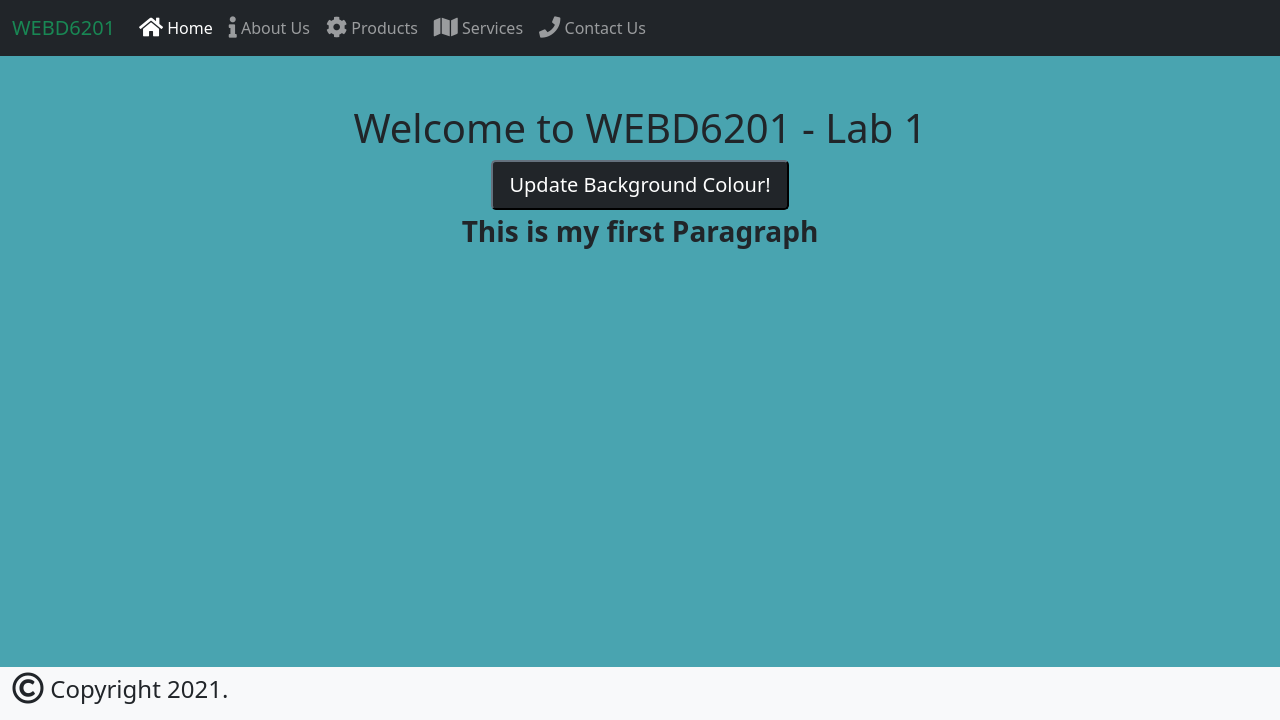
Repository: alto4/Lab-2-Nick-Scott-WEBD6201
Page: index.html
An editor plug-in stored every save of this project. The page is shown before and after a run of saves, followed by the edit.
The browser window is 1280 px wide. The pictures show the whole page.

Above is the page before, as saved 2021-01-31 13:55:43.

After the next 2 saves:
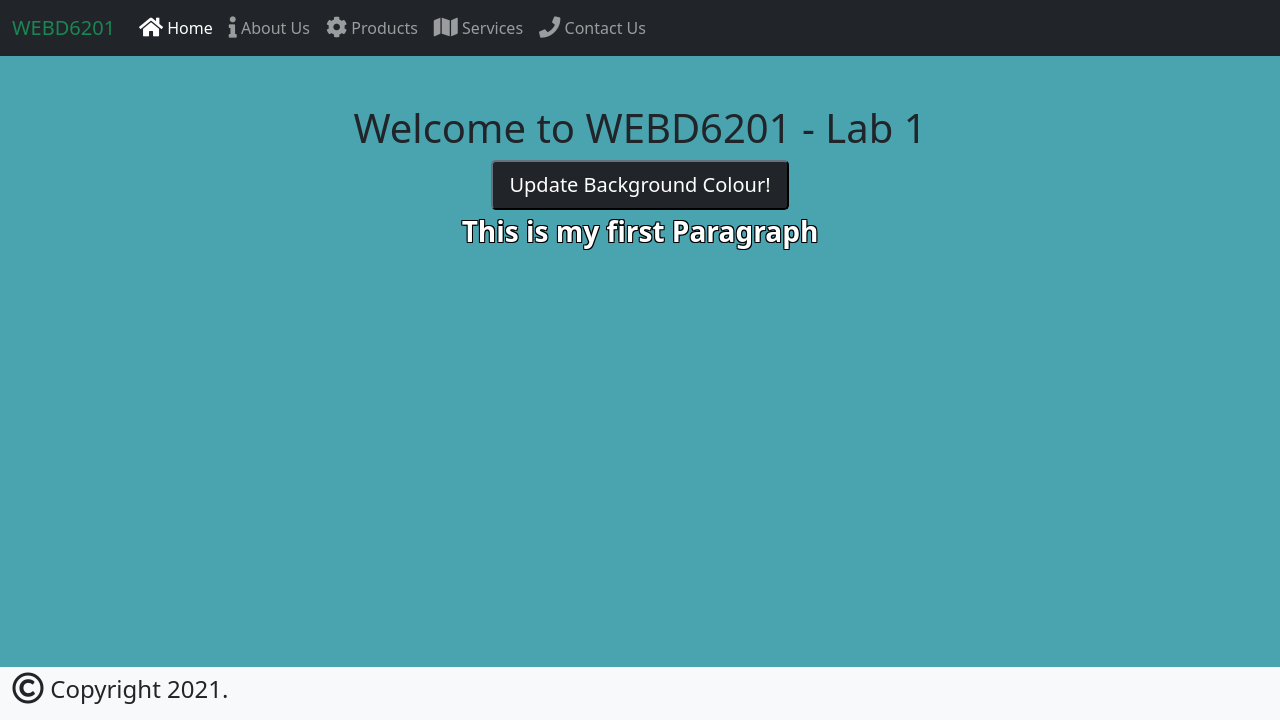
The 2 saves are shown as one change because they came seconds apart.
The last was saved 18 s later.
--- a/Scripts/app.js
+++ b/Scripts/app.js
@@ -77,7 +77,7 @@ let myContact =
 
         mainContent.innerHTML = `<h1 id="firstHeading">Welcome to WEBD6201 - Lab 1</h1>
         <button type="button" id="updateBackground" class="btn-lg btn-dark">Update Background Colour!</button>
-         <p id="paragraphOne" class="fs-3 fw-bold">This is my first Paragraph</p>
+         <p id="paragraphOne" class="fs-3 fw-bold  outline">This is my first Paragraph</p>
         `;
 
       const backgroundButton = document.querySelector('#updateBackground');
